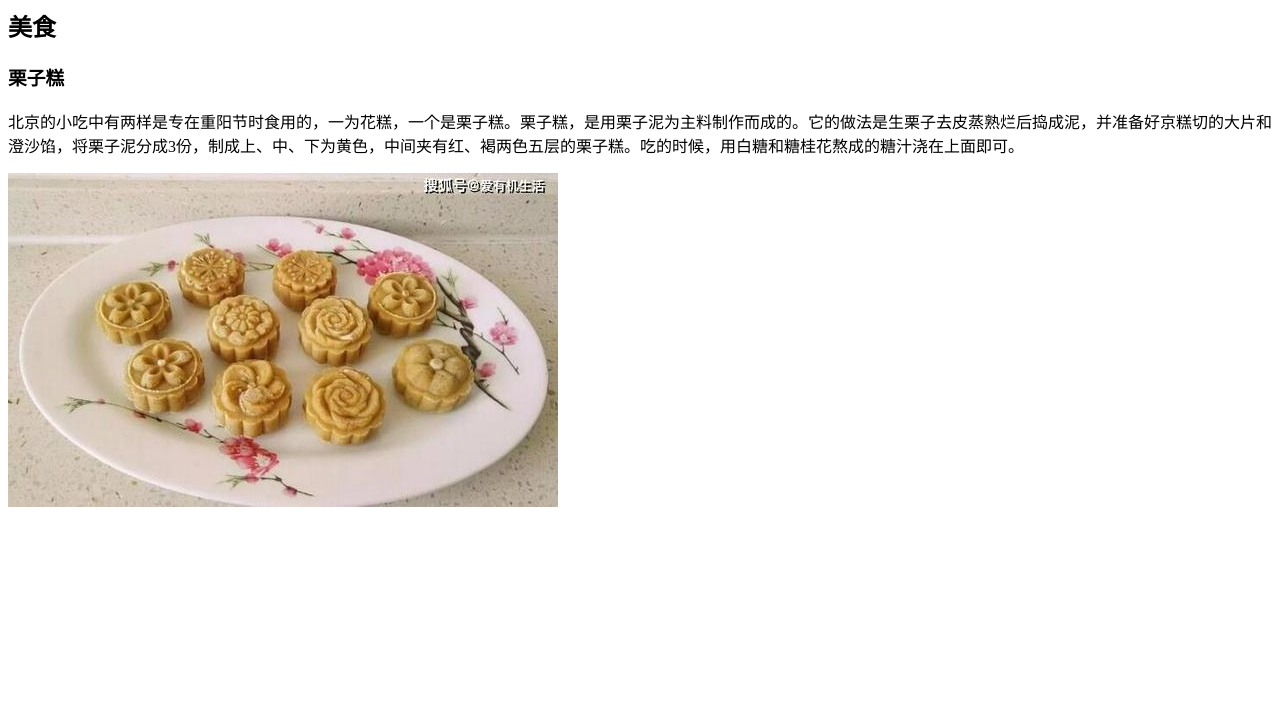
Repository: XueJie1/computer-operation-basics
Page: pages/doubleninthfes/cuisine.html
An editor plug-in stored every save of this project. The page is shown before and after the next save, followed by the edit.
The browser window is 1280 px wide. The pictures show the whole page.

Above is the page before, as saved 2023-09-05 14:23:48.

After the next save:
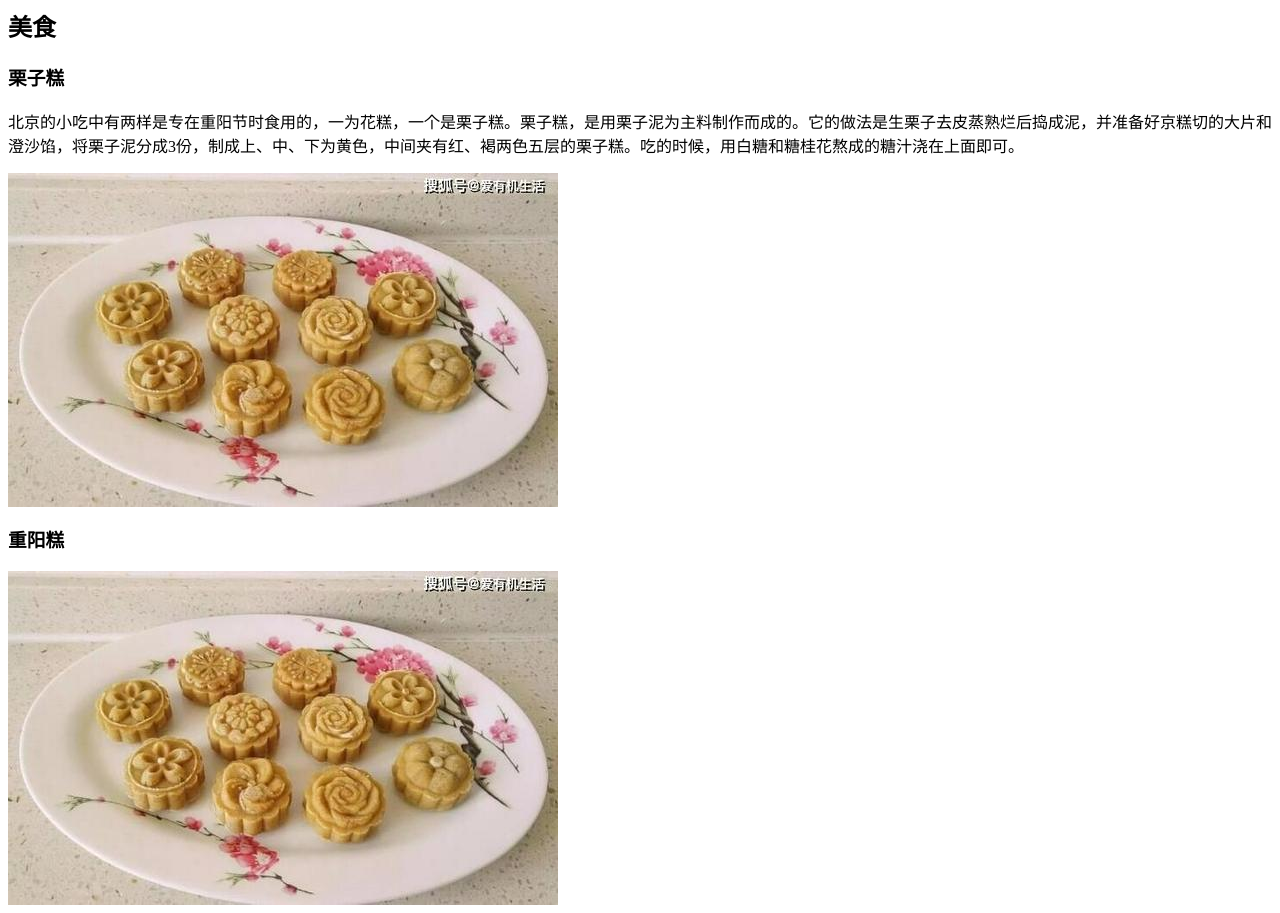
Saved 24 s later.
--- a/pages/doubleninthfes/cuisine.html
+++ b/pages/doubleninthfes/cuisine.html
@@ -5,4 +5,8 @@
 <div class="img">
     <img src="/img/lizigao.jpg" alt="栗子糕">
 </div>
-<h3></h3>
+<h3>重阳糕</h3>
+<p></p>
+<div class="img">
+    <img src="/img/lizigao.jpg" alt="栗子糕">
+</div>
